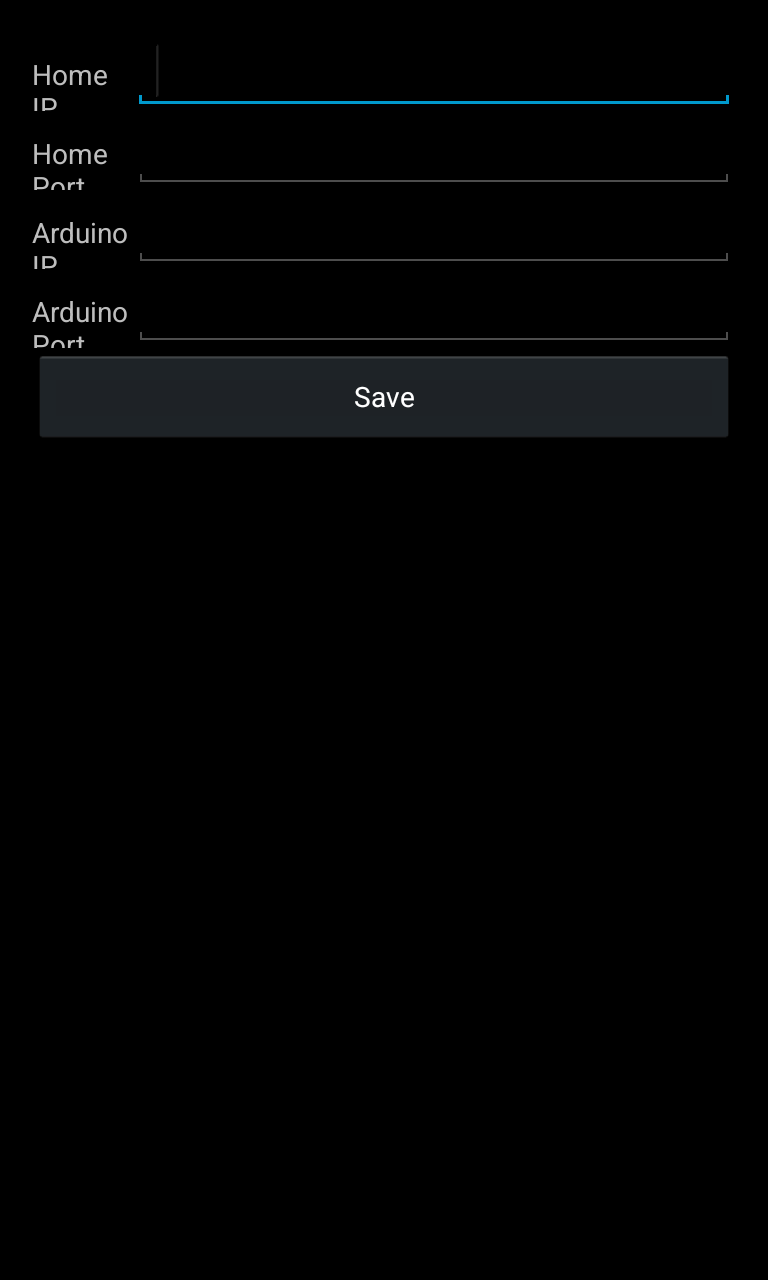
Repository: juanlurie/Android
Layout: HomeCommander/res/layout/settings.xml
An editor plug-in stored every save of this project. The layout is shown before and after the next save, followed by the edit.
It is drawn on a 768 x 1280 px phone screen (xhdpi) without system bars, with theme AppTheme; the app's code is not run.

Above is the layout before, as saved 2013-08-11 10:31:07.

### HomeCommander/res/layout/settings.xml
<LinearLayout xmlns:android="http://schemas.android.com/apk/res/android"
    xmlns:tools="http://schemas.android.com/tools"
    android:layout_width="match_parent"
    android:layout_height="match_parent"
    android:background="#000000"
    android:orientation="vertical"
    android:paddingBottom="@dimen/activity_vertical_margin"
    android:paddingLeft="@dimen/activity_horizontal_margin"
    android:paddingRight="@dimen/activity_horizontal_margin"
    android:paddingTop="@dimen/activity_vertical_margin"
    tools:context=".MainActivity" >

    <LinearLayout
        android:layout_width="match_parent"
        android:layout_height="wrap_content" >

        <TextView
            android:id="@+id/TextView03"
           android:layout_width="50dp"
            android:layout_height="wrap_content"
            android:text="Home IP" />

        <EditText
            android:id="@+id/homeIp"
            android:layout_width="match_parent"
            android:layout_height="wrap_content"
            android:ems="10" >

            <requestFocus />
        </EditText>
    </LinearLayout>

    <LinearLayout
        android:layout_width="match_parent"
        android:layout_height="wrap_content" >

        <TextView
            android:id="@+id/TextView02"
            android:layout_width="50dp"
            android:layout_height="wrap_content"
            android:text="Home Port" />

        <EditText
            android:id="@+id/homePort"
            android:layout_width="match_parent"
            android:layout_height="wrap_content"
            android:ems="10" >
        </EditText>
    </LinearLayout>

    <LinearLayout
   android:layout_width="match_parent"
        android:layout_height="wrap_content" >

        <TextView
            android:id="@+id/TextView01"
            android:layout_width="50dp"
            android:layout_height="wrap_content"
            android:text="Arduino IP" />

        <EditText
            android:id="@+id/arduinoIp"
            android:layout_width="match_parent"
            android:layout_height="wrap_content"
            android:ems="10" >
        </EditText>
    </LinearLayout>

    <LinearLayout
        android:layout_width="match_parent"
        android:layout_height="wrap_content" >

        <TextView
            android:id="@+id/textView1"
           android:layout_width="50dp"
            android:layout_height="wrap_content"
            android:text="Arduino Port" />

        <EditText
            android:id="@+id/arduinoPort"
            android:layout_width="match_parent"
            android:layout_height="wrap_content"
            android:ems="10" >
        </EditText>
    </LinearLayout>

    <Space
        android:layout_width="match_parent"
        android:layout_height="wrap_content" />

    <Button
        android:id="@+id/saveSettings"
        style="?android:attr/buttonStyleSmall"
        android:layout_width="match_parent"
        android:layout_height="wrap_content"
        android:text="Save"
        android:textColor="#FFFFFF" />

</LinearLayout>

### HomeCommander/res/values/styles.xml
<resources>

    <!--
        Base application theme, dependent on API level. This theme is replaced
        by AppBaseTheme from res/values-vXX/styles.xml on newer devices.
    -->
    <style name="AppBaseTheme" parent="android:Theme.Holo">
        <!--
            Theme customizations available in newer API levels can go in
            res/values-vXX/styles.xml, while customizations related to
            backward-compatibility can go here.
        -->
    </style>

    <!-- Application theme. -->
    <style name="AppTheme" parent="android:Theme.Holo">
        <!-- All customizations that are NOT specific to a particular API-level can go here. -->
    </style>

</resources>

Loaded but not shown: HomeCommander/res/values/dimens.xml (common file)

After the next save:
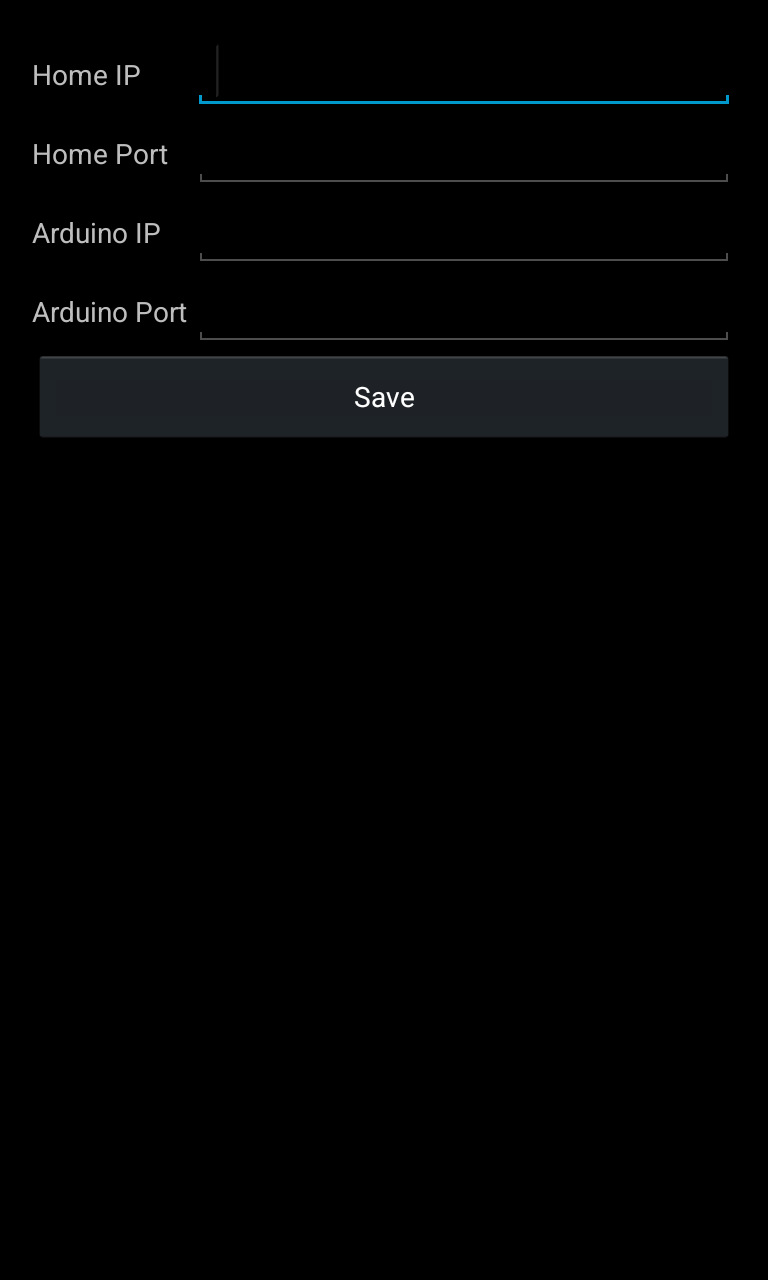
Saved 23 s later.
--- a/HomeCommander/res/layout/settings.xml
+++ b/HomeCommander/res/layout/settings.xml
@@ -16,7 +16,7 @@
 
         <TextView
             android:id="@+id/TextView03"
-           android:layout_width="50dp"
+           android:layout_width="80dp"
             android:layout_height="wrap_content"
             android:text="Home IP" />
 
@@ -36,7 +36,7 @@
 
         <TextView
             android:id="@+id/TextView02"
-            android:layout_width="50dp"
+            android:layout_width="80dp"
             android:layout_height="wrap_content"
             android:text="Home Port" />
 
@@ -54,7 +54,7 @@
 
         <TextView
             android:id="@+id/TextView01"
-            android:layout_width="50dp"
+            android:layout_width="80dp"
             android:layout_height="wrap_content"
             android:text="Arduino IP" />
 
@@ -72,7 +72,7 @@
 
         <TextView
             android:id="@+id/textView1"
-           android:layout_width="50dp"
+           android:layout_width="80dp"
             android:layout_height="wrap_content"
             android:text="Arduino Port" />
 
